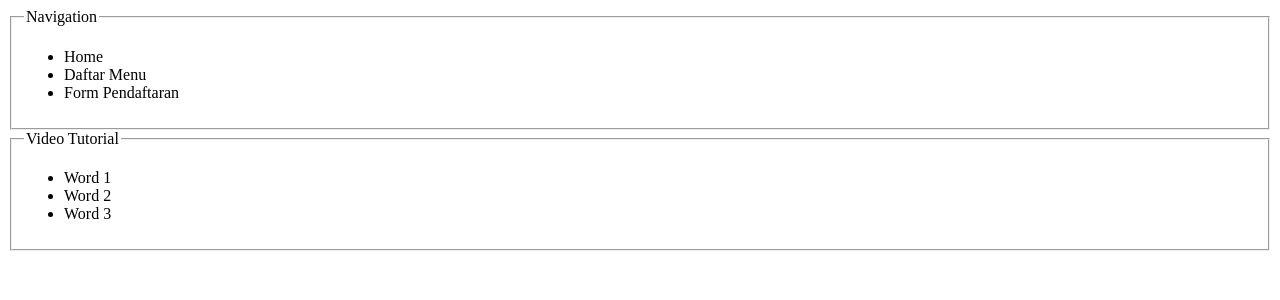
Repository: AHSANS354/tugas-sib5
Page: leftbar.html
The author's editor kept a copy of each file at every save. The page is drawn from the files as they stood at one save, then again after the next save.
The browser window is 1280 px wide. The pictures show the whole page.

Above is the page before, as saved 2023-08-28 10:18:14.

### leftbar.html
<body>
  <fieldset>
    <legend>Navigation</legend>
    <ul>
      <li><a href="latihan1.html" target="main"></a>Home</li>
      <li><a href="list.html" target="main"></a>Daftar Menu</li>
      <li><a href="latihan4.html" target="main"></a>Form Pendaftaran</li>
    </ul>
  </fieldset>
  <fieldset>
    <legend>Video Tutorial</legend>
    <ul>
      <li>Word 1</li>
      <li>Word 2</li>
      <li>Word 3</li>
    </ul>
  </fieldset>
</body>

After the next save:
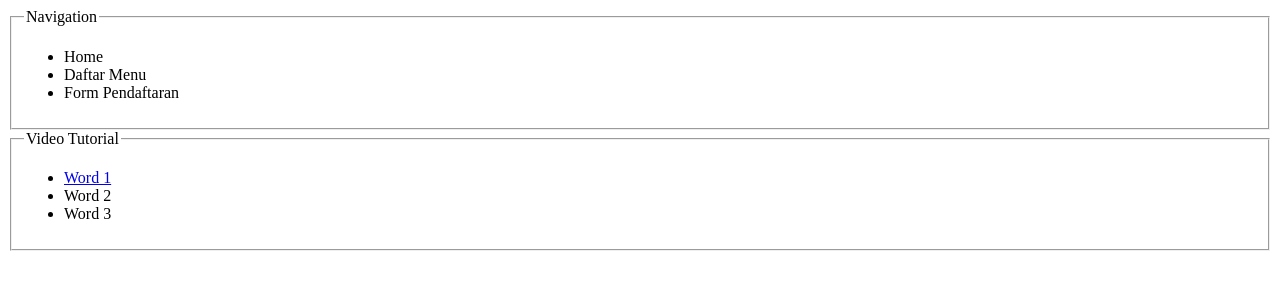
Saved 35 s later.
--- a/leftbar.html
+++ b/leftbar.html
@@ -10,7 +10,7 @@
   <fieldset>
     <legend>Video Tutorial</legend>
     <ul>
-      <li>Word 1</li>
+      <li><a href="tutorial1.html" target="main">Word 1</a></li>
       <li>Word 2</li>
       <li>Word 3</li>
     </ul>
